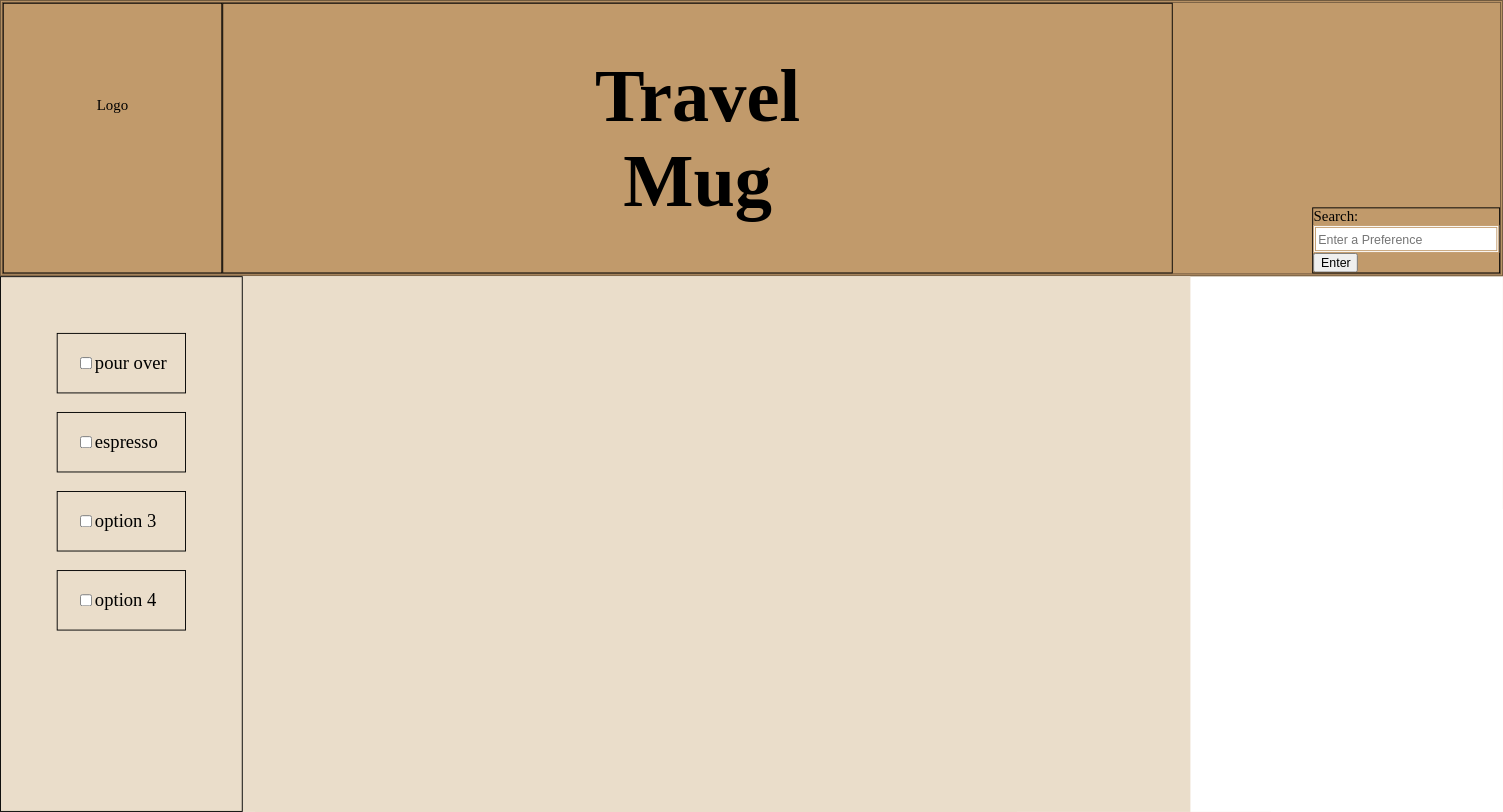
Repository: joshliu14/Travel-Mug
Page: /
These files come from the project's save history. The page is drawn as it stood at one moment and after the next save; the edit follows.
The browser window is 1280 px wide. The page is 1616 px wide, then 1280 px, so the pictures cover 1616 px, including what lies to the right of the window. The pictures show the whole page, at 93% of full size.
The project was rebuilt for these pictures with package versions that can differ from the ones it lists, and the page was loaded fresh each time.

Above is the page before, as saved 2024-01-03 02:31:47.

### public/index.html
<!DOCTYPE html>
<html lang="en">
  <head>
    <meta charset="utf-8" />
    <link rel="icon" href="%PUBLIC_URL%/favicon.ico" />
    <link rel="stylesheet" href="./index.css" />
    <meta name="viewport" content="width=device-width, initial-scale=1" />
    <meta name="theme-color" content="#000000" />
    <meta
      name="description"
      content="Web site created using create-react-app"
    />
    <link rel="apple-touch-icon" href="%PUBLIC_URL%/logo192.png" />
    <!--
      manifest.json provides metadata used when your web app is installed on a
      user's mobile device or desktop. See https://developers.google.com/web/fundamentals/web-app-manifest/
    -->
    <link rel="manifest" href="%PUBLIC_URL%/manifest.json" />
    <!--
      Notice the use of %PUBLIC_URL% in the tags above.
      It will be replaced with the URL of the `public` folder during the build.
      Only files inside the `public` folder can be referenced from the HTML.

      Unlike "/favicon.ico" or "favicon.ico", "%PUBLIC_URL%/favicon.ico" will
      work correctly both with client-side routing and a non-root public URL.
      Learn how to configure a non-root public URL by running `npm run build`.
    -->
    <title>Travel Mug</title>
  </head>
  <body>
    <noscript>You need to enable JavaScript to run this app.</noscript>
    <div id="root"></div>
    <!--
      This HTML file is a template.
      If you open it directly in the browser, you will see an empty page.

      You can add webfonts, meta tags, or analytics to this file.
      The build step will place the bundled scripts into the <body> tag.

      To begin the development, run `npm start` or `yarn start`.
      To create a production bundle, use `npm run build` or `yarn build`.
    -->
  </body>
</html>

### src/index.js
import React from "react";
import ReactDOM from "react-dom";
import App from "./App";

import { BrowserRouter } from "react-router-dom";

ReactDOM.render(
  <BrowserRouter>
    <App />
  </BrowserRouter>,
  document.getElementById("root")
);

### src/App.js
import React from "react";
import Home from "./Home";

import { Switch, Route } from "react-router-dom";

const App = () => {
  return (
    <Switch>
      <Route exact path="/">
        <Home />
      </Route>
    </Switch>
  );
};

export default App;

### src/Home.js
import React from "react";
import "./Home.css";

class Home extends React.Component {
  constructor(props) {
    super(props);
    this.state = {
      filterOptions: [
        { name: "pour over", selected: false },
        { name: "espresso", selected: false },
        { name: "option 3", selected: false },
        { name: "option 4", selected: false },
      ],
    };
  }
  handleFilterChange = (index) => {
    const filterOptions = this.state.filterOptions.slice();
    filterOptions.splice(index, 1, {
      name: filterOptions[index].name,
      selected: !filterOptions[index].selected,
    });
    this.setState({ filterOptions });
  };

  render() {
    const filterOptions = this.state.filterOptions.map((option, index) => {
      return (
        <div className="filter" key={index}>
          <label>
            <input
              type="checkbox"
              value={option.name}
              checked={option.selected}
              onChange={() => this.handleFilterChange(index)}
            />
            {option.name}
          </label>
        </div>
      );
    });
    return (
      <div>
        <div className="top">
          <div className="logo">Logo</div>
          <div className="title">
            <h1>Travel Mug</h1>
          </div>
          <div className="search-container">
            Search:{" "}
            <input className="search-bar" placeholder="Enter a Preference" />
            <button>Enter</button>
          </div>
        </div>
        <div className="bottom">
          <div className="filter-container">{filterOptions}</div>
        </div>
      </div>
    );
  }
}

export default Home;

### src/Home.css
.top {
  background-color: #c19a6b;
  display: flex;
  min-width: fit-content;
  min-height: 20vh;
  border-width: 3px;
  border-color: #6d573d;
  border-style: double;
}

.logo {
  padding: 100px;
  border: 1px solid black;
}

.title {
  text-align: center;
  font-size: 40px;
  padding-left: 400px;
  padding-right: 400px;
  border: 1px solid black;
}

.nav {
  align-self: last baseline;
  display: flex;
  justify-content: center;
  border: 1px solid black;
}
.nav a {
  font-size: large;
  padding: 10px 20px;
  color: black;
  display: block;
  text-decoration: none;
}

.nav a:hover {
  color: aliceblue;
  background-color: #6d573d;
}
.bottom {
  background-color: #eaddca;
  display: flex;
  min-width: fit-content;
  min-height: 80vh;
}

.search-container {
  align-self: last baseline;
  border: 1px solid black;
  margin-left: 150px;
}
.search-bar {
  width: 200px;
  height: 30px;
  box-sizing: border-box;
  border-width: 3px;
  border-color: #c19a6b;
  border-style: double;
}

.filter-container {
  margin-left: 0px;
  margin-right: 0px;
  padding: 40px;
  border: 1px solid black;
}

.filter {
  display: block;
  justify-content: center;
  padding: 20px;
  font-size: 20px;
  margin: 20px;
  border: 1px solid black;
}

### public/index.css
html,
body {
  margin: 0px;
  padding: 0px;
}

After the next save:
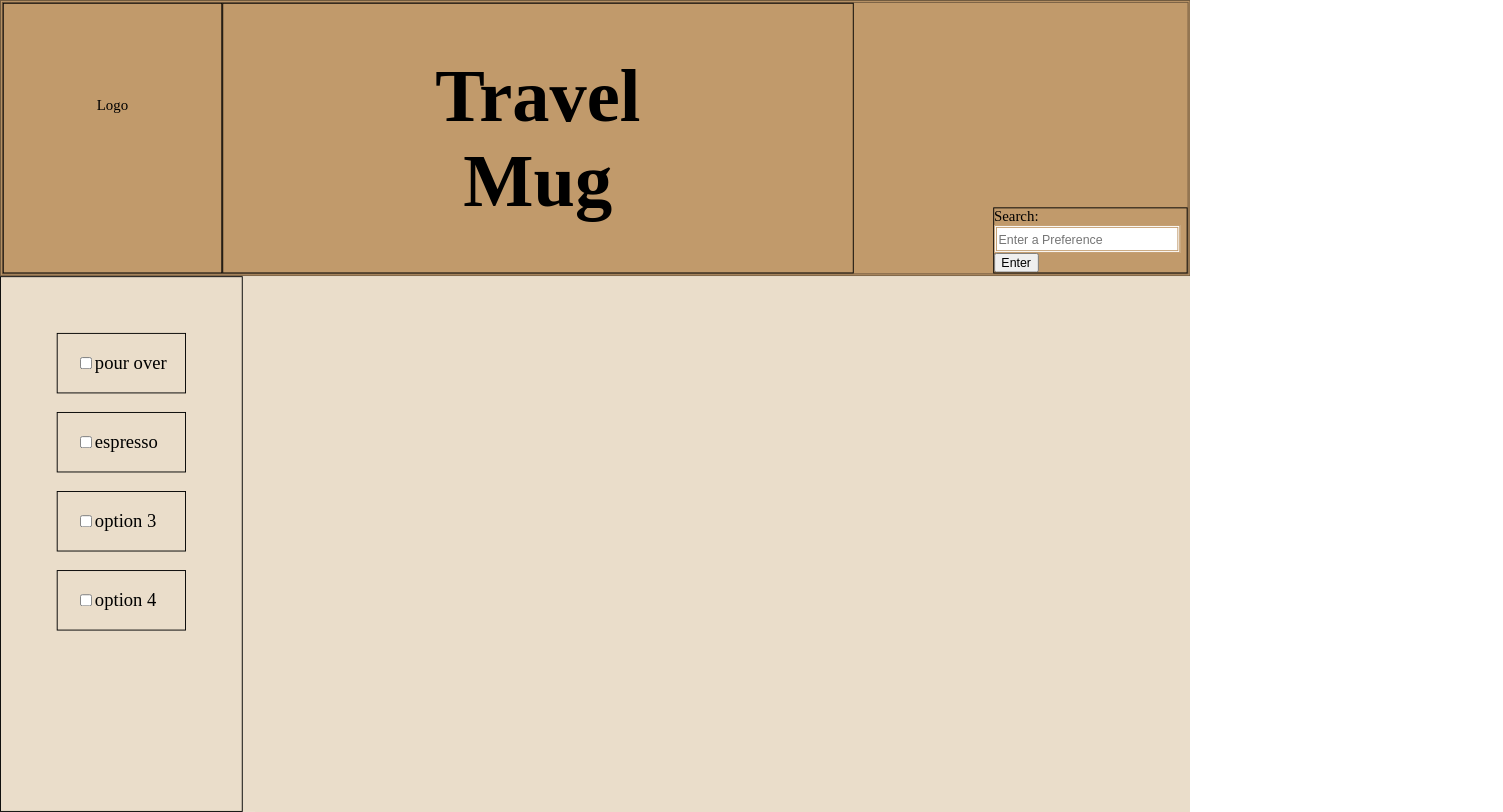
Saved 12 s later.
--- a/src/Home.css
+++ b/src/Home.css
@@ -16,8 +16,8 @@
 .title {
   text-align: center;
   font-size: 40px;
-  padding-left: 400px;
-  padding-right: 400px;
+  padding-left: 200px;
+  padding-right: 200px;
   border: 1px solid black;
 }
 
